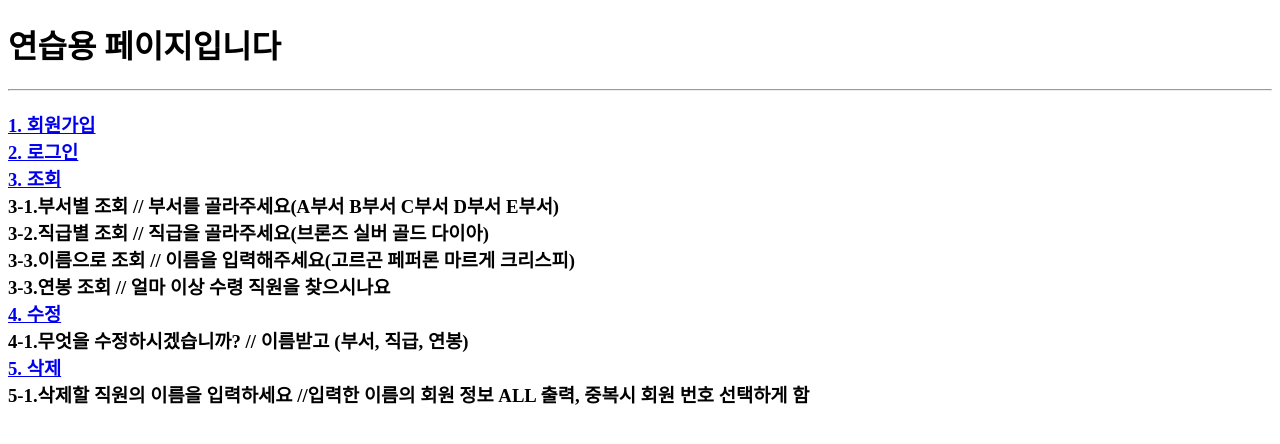
Repository: loseminho/khAcademy-Study
Page: http://localhost/02_SpringMVC_CRUD_TEST/
The author's editor kept a copy of each file at every save. The page is drawn from the files as they stood at one save, then again after the next save.
The browser window is 1280 px wide. The pictures show the whole page.
The page is served by Tomcat 9. Other server files are loaded and not shown.

Above is the page before, as saved 2022-09-30 09:11:57.

### spring/workspace-sts-3.9.13.RELEASE/02_SpringMVC_CRUD_TEST/src/main/webapp/index.jsp
<%@ page language="java" contentType="text/html; charset=UTF-8"
    pageEncoding="UTF-8"%>
<!DOCTYPE html>
<html>
<head>
<meta charset="UTF-8">
<title>Insert title here</title>
</head>
<body>
	<h1>연습용 페이지입니다</h1>
	<hr>
	<h3>
		<a href="/">1. 회원가입</a><br>
		<a href="/">2. 로그인</a><br>
		<a href="/">3. 조회</a><br>
		3-1.부서별 조회 // 부서를 골라주세요(A부서  B부서  C부서  D부서  E부서)<br>
		3-2.직급별 조회 // 직급을 골라주세요(브론즈 실버 골드 다이아)<br>
		3-3.이름으로 조회 // 이름을 입력해주세요(고르곤 페퍼론 마르게 크리스피)<br>
		3-3.연봉 조회 // 얼마 이상 수령 직원을 찾으시나요<br>
		<a href="/">4. 수정</a><br>
		4-1.무엇을 수정하시겠습니까? // 이름받고 (부서, 직급, 연봉)<br>
		<a href="/">5. 삭제</a><br>
		5-1.삭제할 직원의 이름을 입력하세요 //입력한 이름의 회원 정보 ALL 출력, 중복시 회원 번호 선택하게 함<br>
	</h3>
</body>
</html>

After the next save:
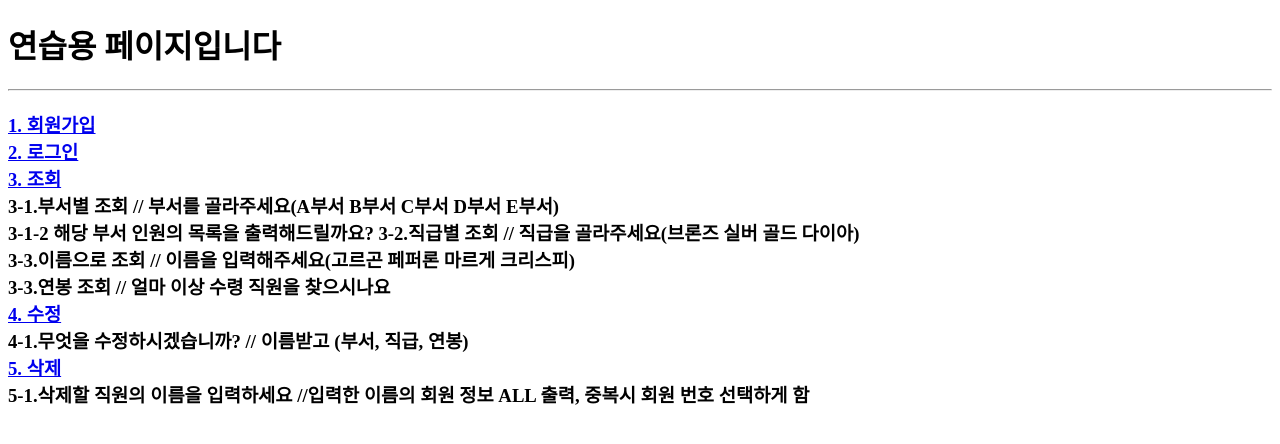
Saved 116 s later.
--- a/spring/workspace-sts-3.9.13.RELEASE/02_SpringMVC_CRUD_TEST/src/main/webapp/index.jsp
+++ b/spring/workspace-sts-3.9.13.RELEASE/02_SpringMVC_CRUD_TEST/src/main/webapp/index.jsp
@@ -14,6 +14,7 @@
 		<a href="/">2. 로그인</a><br>
 		<a href="/">3. 조회</a><br>
 		3-1.부서별 조회 // 부서를 골라주세요(A부서  B부서  C부서  D부서  E부서)<br>
+		3-1-2 해당 부서 인원의 목록을 출력해드릴까요?
 		3-2.직급별 조회 // 직급을 골라주세요(브론즈 실버 골드 다이아)<br>
 		3-3.이름으로 조회 // 이름을 입력해주세요(고르곤 페퍼론 마르게 크리스피)<br>
 		3-3.연봉 조회 // 얼마 이상 수령 직원을 찾으시나요<br>
